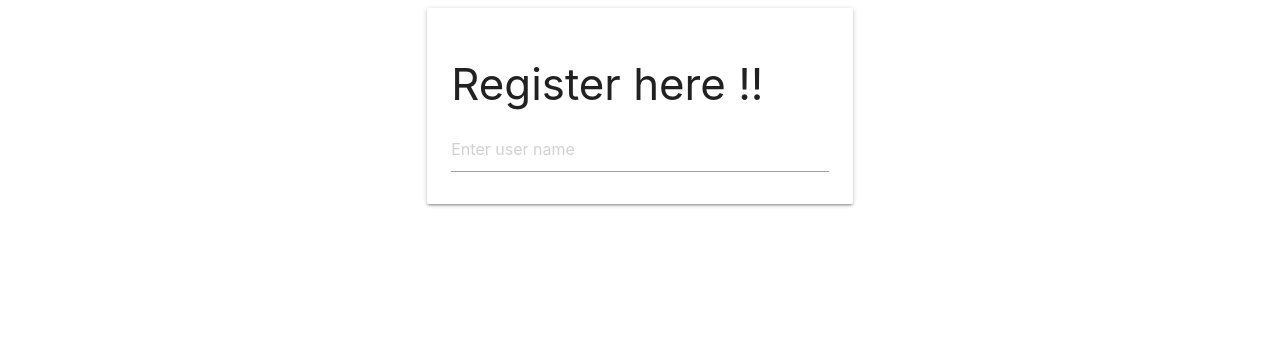
Repository: ShaileshMishr/Javanew
Page: http://localhost/Register/signup.jsp
An editor plug-in stored every save of this project. The page is shown before and after the next save, followed by the edit.
The browser window is 1280 px wide. The pictures show the whole page.
The page is served by Tomcat 10.

Above is the page before, as saved 2023-10-11 21:29:32.

After the next save:
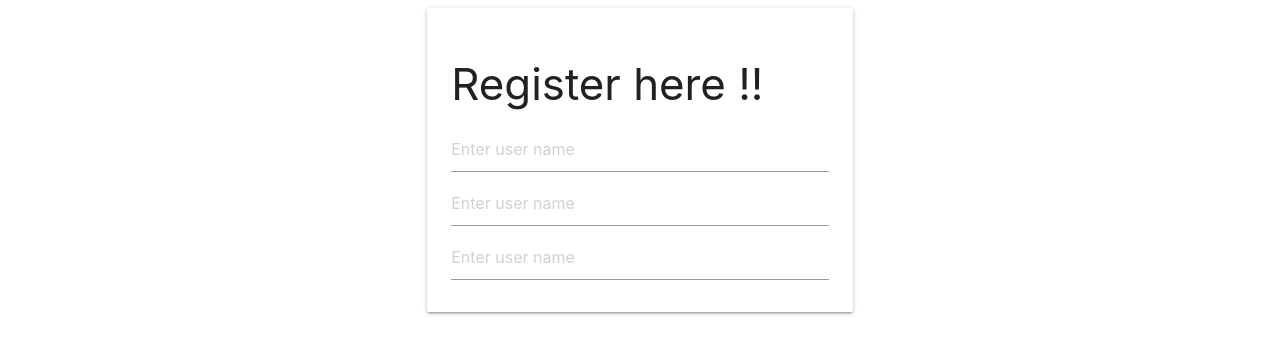
Saved 31 s later.
--- a/Register/src/main/webapp/signup.jsp
+++ b/Register/src/main/webapp/signup.jsp
@@ -26,7 +26,8 @@
 
 <form action="Register" method="post">
 <input type="text" name="user_name" placeholder="Enter user name" />
-
+<input type="text" name="user_name" placeholder="Enter user name" />
+<input type="text" name="user_name" placeholder="Enter user name" />
 </form>
 
 <div class="loader">
